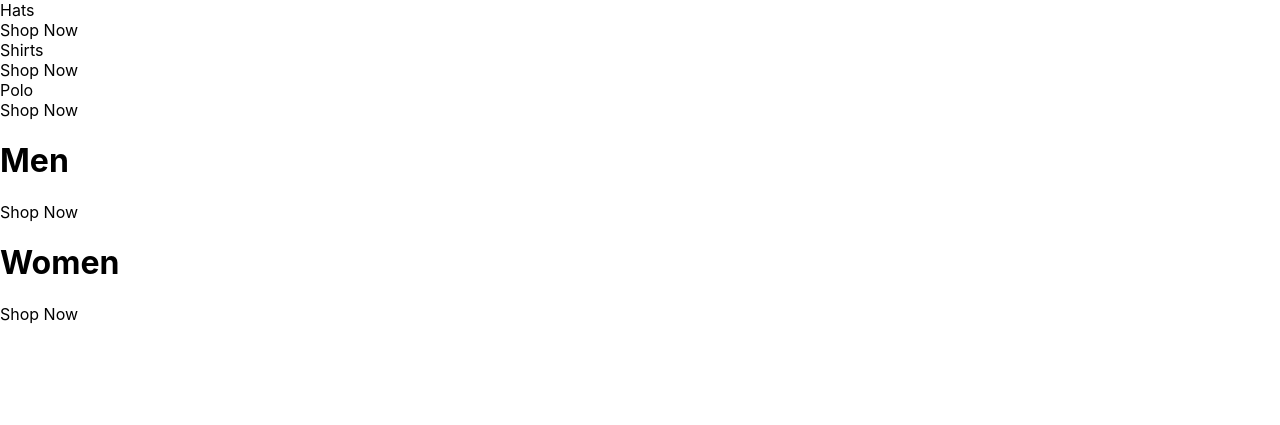
Repository: Syfon01/onestop
Page: /
The author's editor kept a copy of each file at every save. The page is drawn from the files as they stood at one save, then again after a run of saves.
The browser window is 1280 px wide. The pictures show the whole page.
The project was rebuilt for these pictures with package versions that can differ from the ones it lists, and the page was loaded fresh each time. Also part of the build but not shown: src/App.css.

Above is the page before, as saved 2020-07-24 16:09:05.

### src/App.js
import React from 'react';
import './App.css';
import HomePage from './Homepage'

function App() {
  return (
    <HomePage/>
  );
}

export default App;

### src/Homepage.js
import React from 'react'

const HomePage = () => {
  return (
  <div className="homepage">
    <div className="menu-item">
      <div className="content">
        <div className="title">Hats</div>
        <div className="subtitle">Shop Now</div>
      </div>
    </div>
    <div className="menu-item">
      <div className="content">
        <div className="title">Shirts</div>
        <div className="subtitle">Shop Now</div>
      </div>
    </div>
    <div className="menu-item">
      <div className="content">
        <div className="title">Polo</div>
        <div className="subtitle">Shop Now</div>
      </div>
    </div>
    <div className="menu-item">
      <div className="content">
        <h1 className="title">Men</h1>
        <span className="subtitle">Shop Now</span>
      </div>
    </div>
    <div className="menu-item">
      <div className="content">
        <h1 className="title">Women</h1>
        <span className="subtitle">Shop Now</span>
      </div>
    </div>
    </div>
  )
}

export default HomePage

Loaded but not shown: public/index.html (common file); src/index.js (common file); src/index.css (common file)

After the next 2 saves:
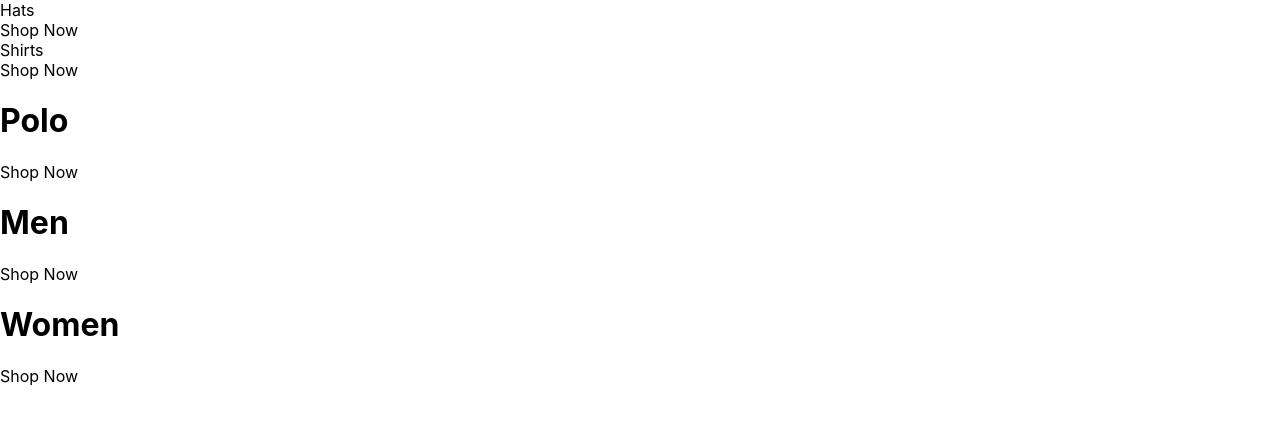
The 2 saves are shown as one change because 1 did not build or start.
The last was saved 10 s later.
--- a/src/Homepage.js
+++ b/src/Homepage.js
@@ -17,7 +17,7 @@ const HomePage = () => {
     </div>
     <div className="menu-item">
       <div className="content">
-        <div className="title">Polo</div>
+        <h1 className="title">Polo</h1>
         <div className="subtitle">Shop Now</div>
       </div>
     </div>
